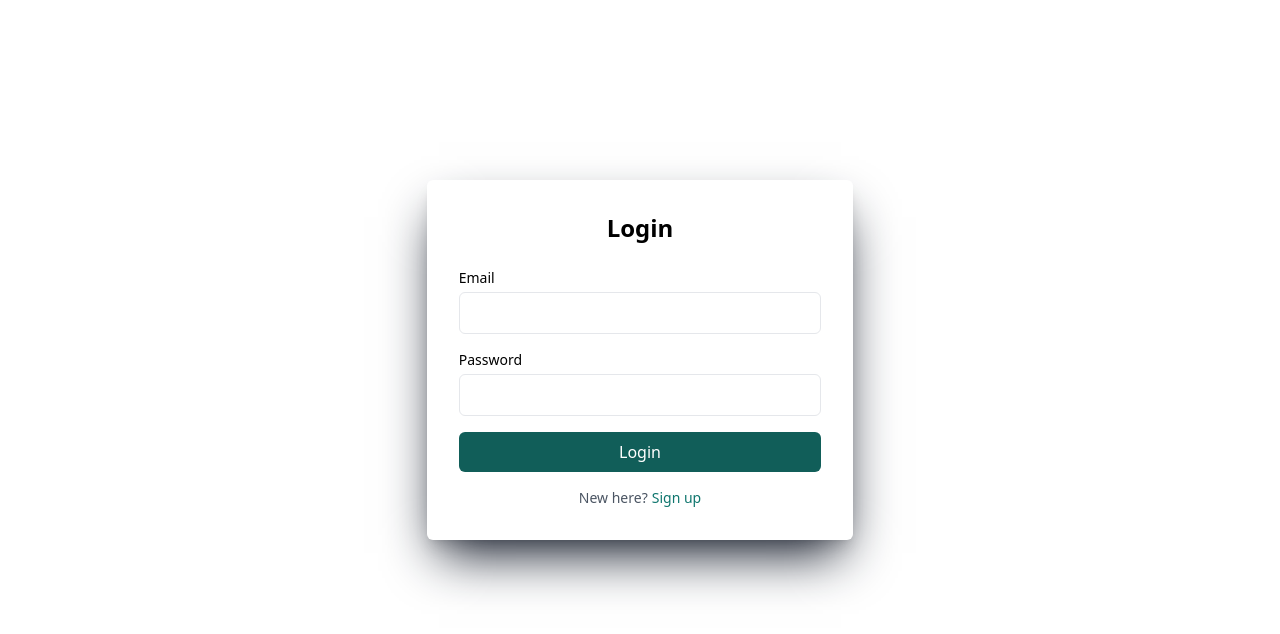
Repository: alizey12/POS-React-website
Page: /
An editor plug-in stored every save of this project. The page is shown before and after the next save, followed by the edit.
The browser window is 1280 px wide. The pictures show the whole page.
The project was rebuilt for these pictures with package versions that can differ from the ones it lists, and the page was loaded fresh each time. Also part of the build but not shown: vite.config.js, src/navbar.jsx, src/sidebar.jsx, src/Dashboard.jsx.

Above is the page before, as saved 2024-12-31 15:39:41.

After the next save:
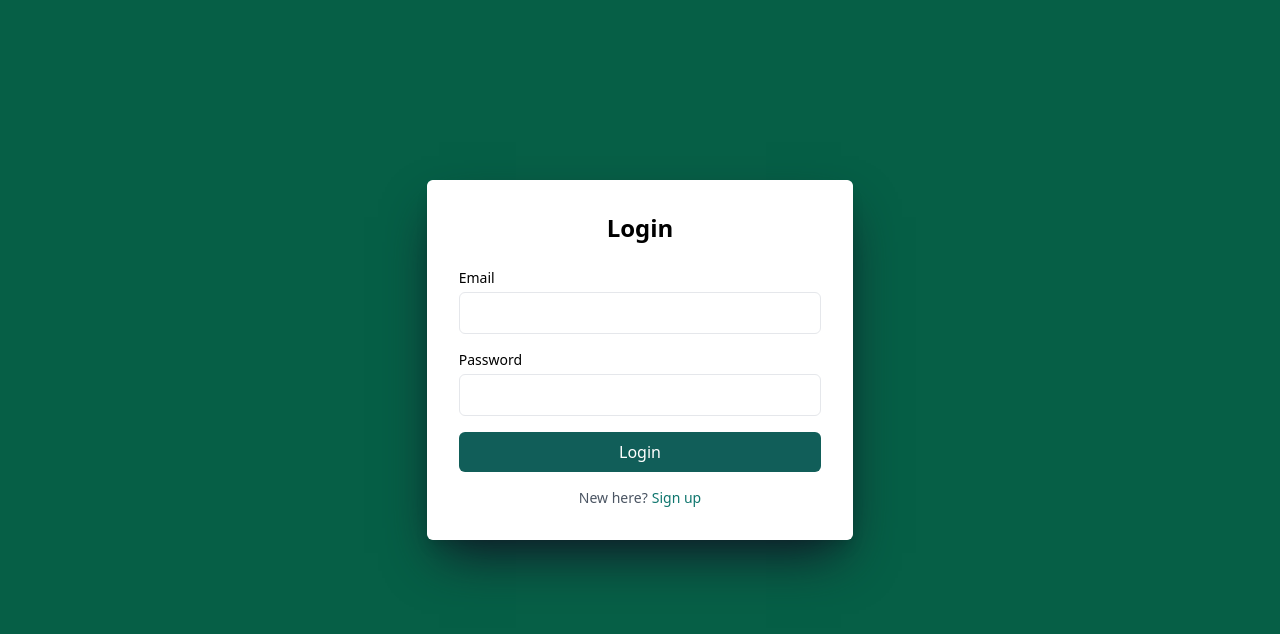
Saved 14 s later.
--- a/src/login.jsx
+++ b/src/login.jsx
@@ -53,7 +53,7 @@ const SignupLogin = () => {
   };
 
   return (
-    <div className="flex items-center justify-center min-h-screen bg to-yellow-500">
+    <div className="flex items-center justify-center min-h-screen bg-emerald-800 to-yellow-500">
       <div className=" bg-white w-1/3 shadow-lg rounded-lg">
 
         <div className="w-full bg-white rounded-md shadow-gray-900 shadow-2xl p-8 justify-center">
